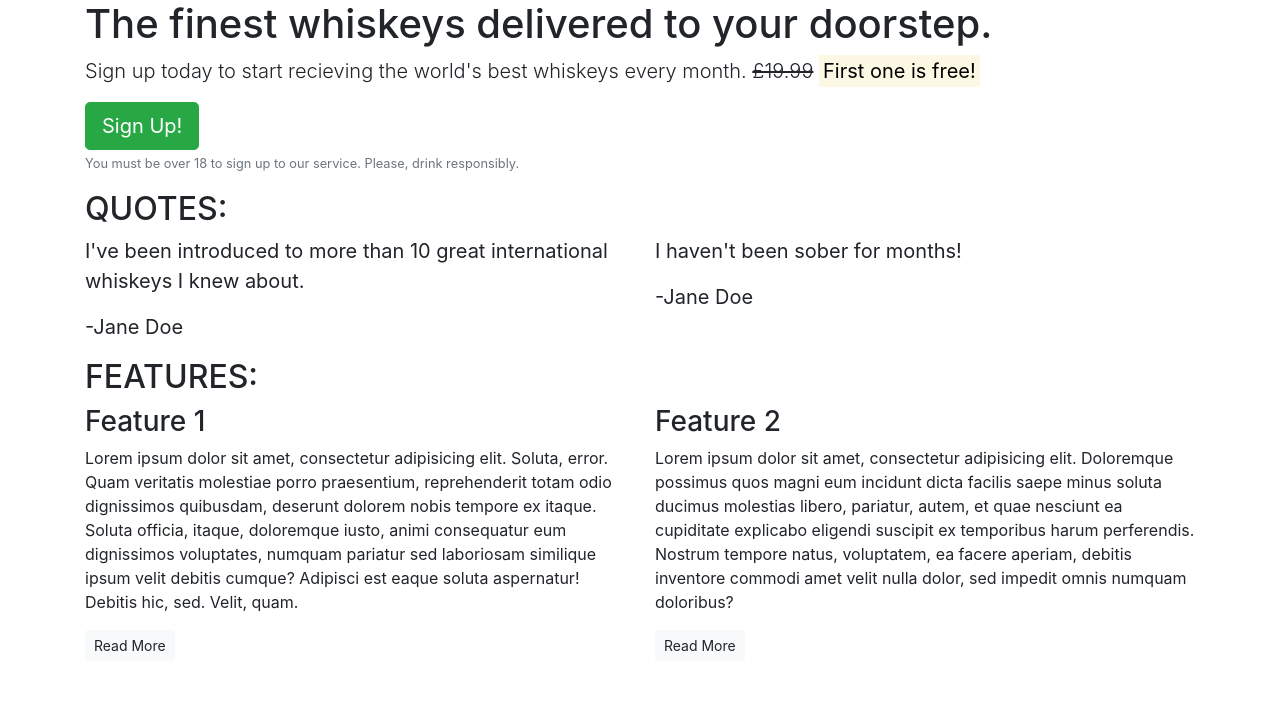
Repository: Leannald13/whiskey-project
Page: index.html
The author's editor kept a record of every edit. The page is drawn from the files as they stood at one moment, then again after the next edit.
The browser window is 1280 px wide. The pictures show the whole page.

Above is the page before.
Console error: TypeError: Cannot read properties of undefined (reading 'fn')

After the next edit:
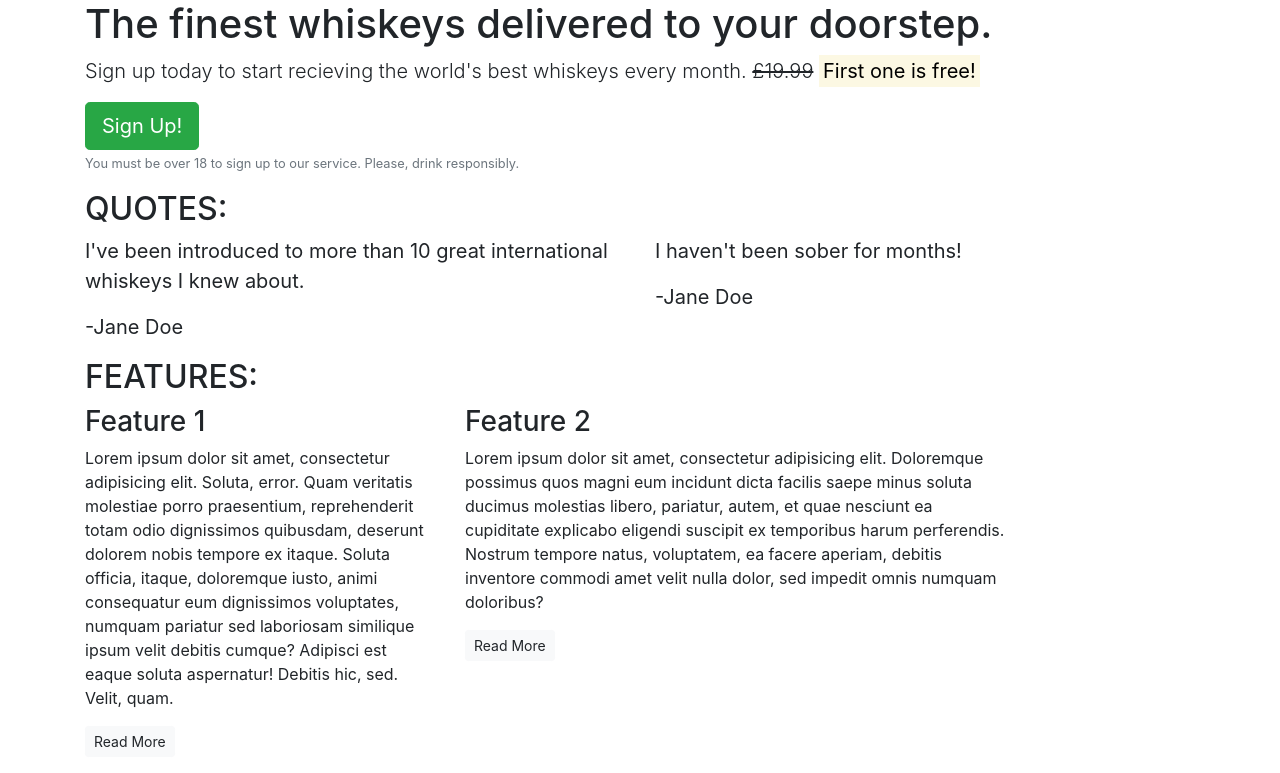
The edit:
--- a/index.html
+++ b/index.html
@@ -51,7 +51,7 @@
                 </div>
             </div>
             <div class="row">
-                <div class="col-12 col-md-6">
+                <div class="col-12 col-md-6 col-lg-4">
                     <div class="feature">
                         <h3>Feature 1</h3>
                         <p>Lorem ipsum dolor sit amet, consectetur adipisicing elit. Soluta, error. Quam veritatis molestiae porro praesentium, reprehenderit totam odio dignissimos quibusdam, deserunt dolorem nobis tempore ex itaque. Soluta officia, itaque,
